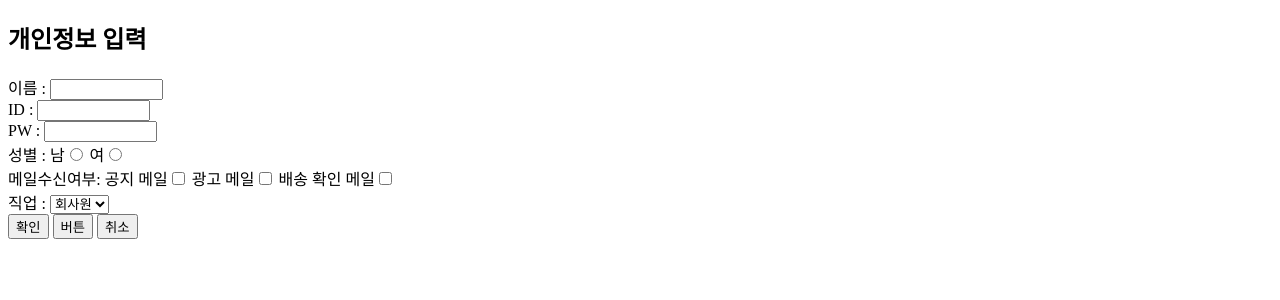
Repository: yoojinhee/JSP_study
Page: http://localhost/Test_JSP/testForm.jsp
The author's editor kept a copy of each file at every save. The page is drawn from the files as they stood at one save, then again after the next save.
The browser window is 1280 px wide. The pictures show the whole page.
The page is served by Tomcat 9. Other server files are loaded and not shown.

Above is the page before, as saved 2020-05-07 00:23:41.

### Project/Test_JSP/WebContent/testForm.jsp
<%@ page language="java" contentType="text/html; charset=UTF-8"
    pageEncoding="UTF-8"%>
<!DOCTYPE html>
<html>
<head>
<meta charset="UTF-8">
<title>Insert title here</title>
</head>
<body>
<h2>개인정보 입력</h2>
<form action="testProc.jsp">
이름 : <input type="text" name="name" value="" size="11"><br>
ID : <input type="text" name="id" value="" size="11"><br>
PW : <input type="password" name="password" value="" size="11"><br>
성별 :
	 남<input type="radio" name="gen" value="M">
	 여<input type="radio" name="gen" value="F"><br>
	 <!-- 라디오 -> name이 같아야 동기화 -->
메일수신여부:
	공지 메일<input type="checkbox" name="inotice">
	광고 메일<input type="checkbox" name="cnotice">
	배송 확인 메일<input type="checkbox" name="dnotice"><br>
직업 :
<select name="job">
	<option>회사원</option>
	<option>학생</option>
	<option>유튜버</option>
	<option>선생님</option>
</select>
<br>
<input type="submit" value="확인">
<!-- form의 action 경로로 가라 -->
<input type="button" value="버튼">
<!-- 다른 페이지로 넘어가지 않을 경우(유효성 검사) -->
<input type="reset" value="취소">
</form>
</body>
</html>

After the next save:
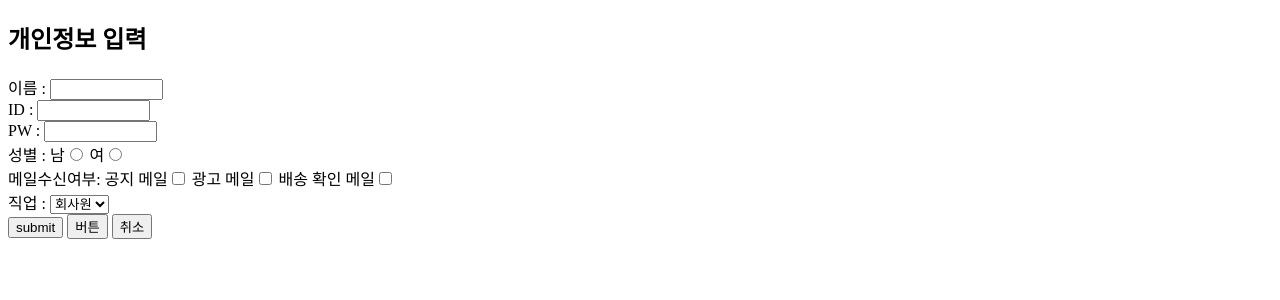
Saved 12 min 10 s later.
--- a/Project/Test_JSP/WebContent/testForm.jsp
+++ b/Project/Test_JSP/WebContent/testForm.jsp
@@ -28,7 +28,7 @@
 	<option>선생님</option>
 </select>
 <br>
-<input type="submit" value="확인">
+<input type="submit" value="submit">
 <!-- form의 action 경로로 가라 -->
 <input type="button" value="버튼">
 <!-- 다른 페이지로 넘어가지 않을 경우(유효성 검사) -->
